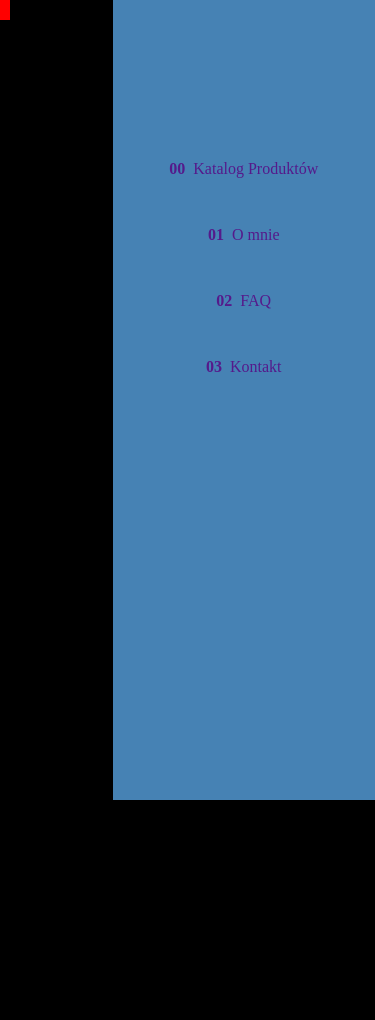
Repository: kowalkos/Rak_projekt
Page: /
An editor plug-in stored every save of this project. The page is shown before and after the next save, followed by the edit.
The browser window is 375 px wide. The pictures show the whole page.
The project was rebuilt for these pictures with package versions that can differ from the ones it lists, and the page was loaded fresh each time.

Above is the page before, as saved 2022-01-02 22:17:05.

After the next save:
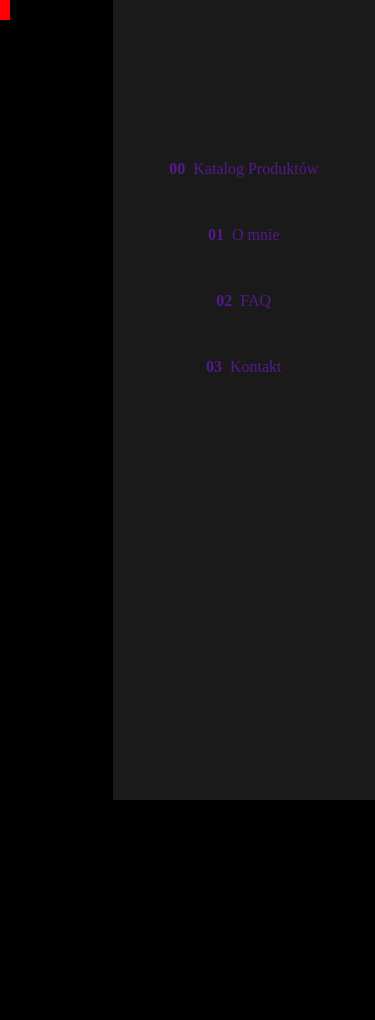
Saved 46 s later.
--- a/src/components/navbar/NavBar.css
+++ b/src/components/navbar/NavBar.css
@@ -25,7 +25,7 @@
     .primary-navigation{
         position: fixed;
         inset: 0 0 0 30%;
-        background: steelblue;
+        background: hsl(0 0% 100% /0.1);
         flex-direction: column;
         padding: min(30vh,10rem) 2rem;
     }
